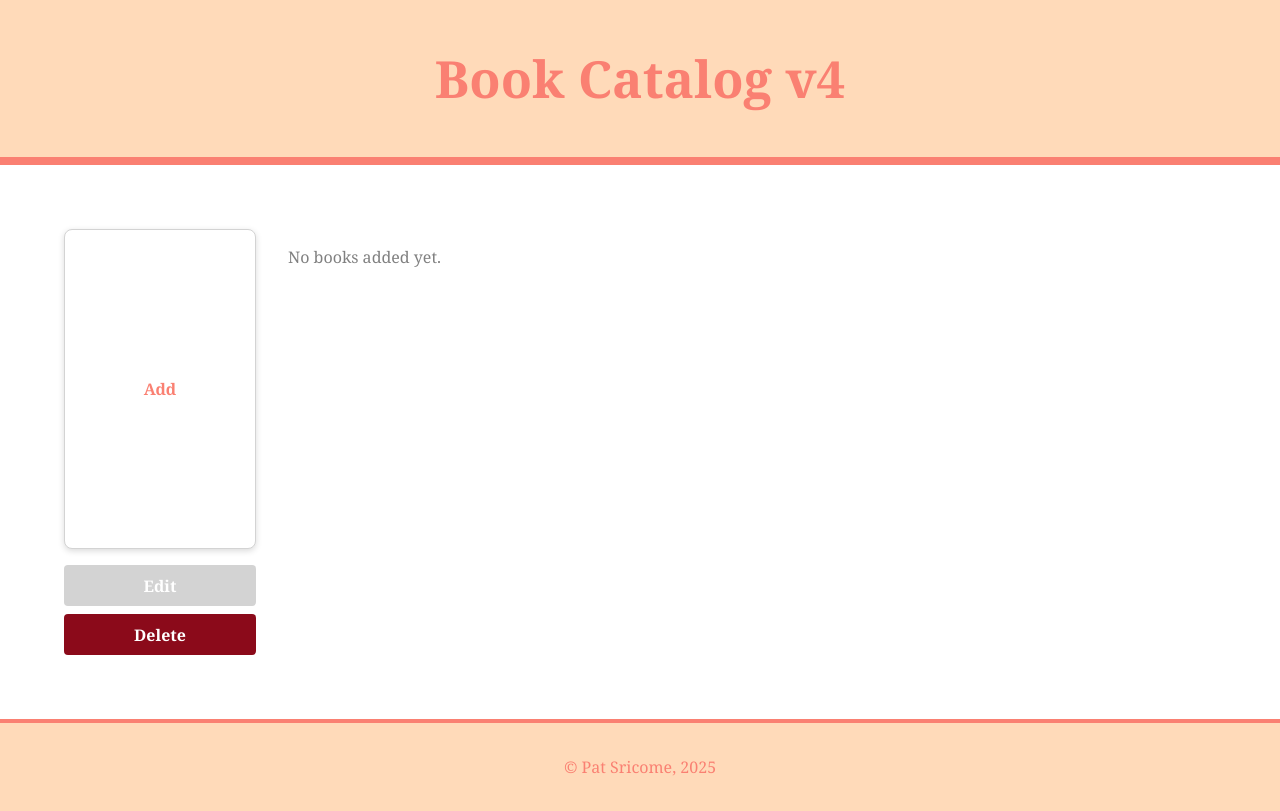
Repository: patcha-d3/book-catalog-v5
Page: /
The author's editor kept a copy of each file at every save. The page is drawn from the files as they stood at one save, then again after the next save.
The browser window is 1280 px wide. The pictures show the whole page.
The project was rebuilt for these pictures with package versions that can differ from the ones it lists, and the page was loaded fresh each time. Also part of the build but not shown: vite.config.js, src/book.jsx.

Above is the page before, as saved 2025-10-14 20:39:40.

### index.html
<!DOCTYPE html>
<html lang="en">
  <head>
    <meta charset="UTF-8" />
    <link rel="icon" type="image/svg+xml" href="/vite.svg" />
    <meta name="viewport" content="width=device-width, initial-scale=1.0" />
    <title>Pat's Rendering lists</title>
  </head>
  <body>
    <div id="root"></div>
    <script type="module" src="/src/main.jsx"></script>
  </body>
</html>

### src/App.jsx
// App.jsx
import { useState } from "react";
import "./App.css";
import Modal from "./components/Modal.jsx";
import AddBook from "./components/AddBook.jsx";
import Book from "./book.jsx";

function App() {
  // เริ่มต้นไม่มีหนังสือ
  const [books, setBooks] = useState([]);

  // toggle การเลือก (เลือกได้ทีละเล่ม)
  const toggleSelect = (isbn13) => {
    setBooks((prev) =>
      prev.map((book) =>
        book.isbn13 === isbn13
          ? { ...book, selected: !book.selected }
          : { ...book, selected: false }
      )
    );
  };

  // 🟢 เพิ่มหนังสือใหม่
  const handleAddBook = (newBook) => {
    const withDefaults = {
      ...newBook,
      isbn13: crypto.randomUUID(),
      selected: false,
      image: newBook.image || "https://via.placeholder.com/150x200?text=Book",
      price: newBook.price || "$0.00",
      url: newBook.url || "#",
    };
    setBooks((prev) => [...prev, withDefaults]);
  };

  // 🔴 ลบหนังสือที่เลือก
  const handleDeleteBook = () => {
    const selectedBook = books.find((b) => b.selected);
    if (!selectedBook) {
      alert("Please select a book to delete.");
      return;
    }
    setBooks((prev) => prev.filter((b) => b.isbn13 !== selectedBook.isbn13));
  };

  // 🟠 Update placeholder
  const handleUpdateBook = () => {
    const selectedBook = books.find((b) => b.selected);
    if (!selectedBook) {
      alert("Please select a book to update.");
      return;
    }
    alert("Update feature coming soon!");
  };

  return (
    <div className="app">
      <header className="app-header">
        <h1>Book Catalog v4</h1>
      </header>

      <main className="content">
        {/* --- ด้านซ้าย: Add / Update / Delete --- */}
        <div className="content-add">
          {/* ปุ่ม Add + modal */}
          <Modal btnLabel="Add" btnClassName="button-add">
            <AddBook onAdd={handleAddBook} />
          </Modal>

          {/* ปุ่ม Update / Delete */}
          <div className="action-buttons">
            <button className="button-update" onClick={handleUpdateBook}>
              Edit
            </button>
            <button className="button-delete" onClick={handleDeleteBook}>
              Delete
            </button>
          </div>
        </div>

        {/* --- ด้านขวา: แสดงหนังสือ --- */}
        <BookTile books={books} onSelect={toggleSelect} />
      </main>

      <footer className="footer">
        <p>© Pat Sricome, 2025</p>
      </footer>
    </div>
  );
}

// 🟣 Component แสดงหนังสือ
function BookTile({ books, onSelect }) {
  if (books.length === 0) {
    return (
      <div className="content-books">
        <p style={{ color: "gray" }}>No books added yet.</p>
      </div>
    );
  }

  return (
    <div className="content-books">
      {books.map((book) => (
        <Book
          key={book.isbn13}
          title={book.title}
          author={book.author}
          image={book.image}
          price={book.price}
          url={book.url}
          selected={book.selected}
          onSelect={() => onSelect(book.isbn13)}
        />
      ))}
    </div>
  );
}

export default App;

### src/App.css
* {
  font-family: Georgia, "Times New Roman", Times, serif;
}

*,
*::before,
*::after {
  box-sizing: border-box;
}

html {
  display: flex;
  flex-direction: column;
  margin: auto;
  background-color: white;
}

html,
body {
  margin: 0;
  padding: 0;
  background-color: white; /* พื้นหลังขาวล้วน */
}

.content > * {
  margin: 0;
}

.app {
  display: flex;
  flex-direction: column;
  min-height: 100vh; /* ให้ container สูงเต็มหน้าจอ */
  background-color: white;
}

.app-header {
  position: relative;
  top: 0;
  left: 0;
  z-index: 1000;
  width: 100vw;
  background-color: peachpuff;
  color: salmon;
  padding: 1em;
  border-bottom: 8px solid salmon;
  text-align: center;
}

.content {
  flex: 1;
  display: flex;
  flex-direction: row;
  gap: 2em;
  padding: 4em;
  background-color: white;
}

.content-add {
  flex: 0 0 auto;
}

.action-buttons {
  display: flex;
  flex-direction: column;
  gap: 0.5em;
  margin-top: 1em;
  width: 100%;
}

.button-add,
.card-book {
  display: flex;
  flex-direction: column;
  justify-content: center;
  align-items: center;
  min-width: 12em;
  height: 20em;
  border: 1px solid lightgrey;
  border-radius: 0.5em;
  background-color: #fff;
  transition: background-color 0.3s ease, color 0.3s ease;
}

.button-add {
  color: salmon;
  font-weight: bold;
}

.button-add h2 {
  font-size: 1.2em;
  font-weight: normal;
  color: grey;
}

.button-add:hover {
  background-color: salmon;
  color: white;
  border-color: salmon;
  font-weight: bold;
}

.button-add:hover h2 {
  color: white; /* make text readable on blue */
}

.content-books {
  display: flex;
  flex-wrap: wrap;
  justify-content: flex-start;
  gap: 2em;
  flex: 1;
}

.card-book div {
  margin: 0 auto;
}

.card-book {
  position: relative; /* ให้ปุ่ม x ยึดกับกรอบ card */
  display: flex;
  flex-direction: column;
  max-width: 12em;
  height: 20em;
  padding: 0.5em;
  border-radius: 0.5em;
  text-align: center;
  color: grey;
  background-color: white;
  overflow: hidden;
}

.card-book-image {
  flex: 0 0 auto;
  display: grid;
  place-items: center;
  max-width: 100%;
  max-height: 100%;
  margin: 0 auto;
}

.card-book-image img {
  width: 100%;
  height: 100%;
  object-fit: contain;
}

.card-book-body {
  display: flex;
  flex-direction: column;
  flex: 1; /* stretch body to take all available space */
}

.card-book-price {
  font-weight: bold;
  margin: 0.5em 0;
  color: #333;
}

.link-button {
  margin-top: auto; /* push button to bottom */
  width: 100%;
  background-color: salmon;
  color: white;
  padding: 0.5em 2.4em;
  text-align: center;
  text-decoration: none;
  font-weight: bold;
  border-radius: 8px;
  transition: background-color 0.3s ease, color 0.3s ease;
}

.link-button::hover {
  background-color: white;
  color: salmon;
}

@media (max-width: 480px) {
  .button-add,
  .card-book {
    max-width: 100%;
  }
}

.footer {
  bottom: 0;
  text-align: center;
  width: 100vw;
  background-color: peachpuff;
  color: salmon;
  padding: 1em;
  border-top: 4px solid salmon;
  margin-top: auto;
}

.card-book,
.button-add {
  box-shadow: 0 2px 6px rgba(0, 0, 0, 0.15);
  transition: box-shadow 0.3s ease, transform 0.3s ease;
}

.card-book:hover,
.button-add:hover {
  box-shadow: 0 4px 12px rgba(0, 0, 0, 0.35);
  transform: translateY(-5px);
}

.book-card span {
  display: inline-block;
  margin-left: 8px;
  font-weight: bold;
  cursor: pointer;
  color: red;
}

.btn-remove {
  font-family: Arial, Helvetica, sans-serif;
  position: absolute;
  top: 0;
  right: 0;
  display: inline-block;
  padding: 0 0.5em;
  background: #eee;
  cursor: pointer;
}

.btn-remove:hover {
  background: #db4141;
  color: white;
}

.form-container {
  padding: 0 3em;

  > form {
    padding: 2em;

    button {
      margin-left: 10em;
    }
  }
  .form-control {
    label {
      display: inline-block;
      width: 10em;
    }
    margin: 1em 0;
  }
}

dialog {
  background-color: white;
  color: #333;
}

dialog form {
  background-color: white;
  color: #333;
}

.card-book.selected {
  border: 3px solid salmon;
  transform: scale(1.02);
}

.book-title {
  font-size: 1rem;
  font-weight: bold;
  color: #333;
  margin: 0.5em 0 0 0;
}

.book-author {
  font-size: 0.9rem;
  color: #666;
  margin: 0.25em 0;
}

.button-update,
.button-delete {
  width: 100%;
  padding: 0.6em 0;
  font-weight: bold;
  border: none;
  color: white;
  cursor: pointer;
  border-radius: 4px;
}

.button-update {
  background-color: #d3d3d3;
}

.button-delete {
  background-color: #8b0a1a;
}

### src/components/Modal.jsx
import { useRef } from "react";

function Modal({ btnLabel, children, btnClassName }) {
  const modalRef = useRef();

  const openModal = () => modalRef.current.showModal();
  const closeModal = () => modalRef.current.close();

  return (
    <>
      <button onClick={openModal} className={btnClassName}>
        {btnLabel}
      </button>

      {/* ✅ ไม่มี <form> ครอบอีกแล้ว */}
      <dialog ref={modalRef}>
        <button
          onClick={closeModal}
          style={{
            position: "absolute",
            top: "10px",
            right: "10px",
            background: "transparent",
            border: "none",
            fontSize: "1.2rem",
            cursor: "pointer",
          }}
        >
          ✕
        </button>

        {/* ✅ render children ตรง ๆ (ซึ่งคือ <AddBook>) */}
        {children}
      </dialog>
    </>
  );
}

export default Modal;

### src/components/AddBook.jsx
import { useState } from "react";

function AddBook({ onAdd }) {
  const [formData, setFormData] = useState({
    title: "",
    author: "",
    publisher: "",
    year: "",
    language: "",
    pages: "",
    url: "",
  });

  const handleChange = (e) => {
    const { name, value } = e.target;
    setFormData((prev) => ({
      ...prev,
      [name]: value,
    }));
  };

  const handleSubmit = (e) => {
    e.preventDefault();

    if (!formData.title || !formData.author) {
      alert("Please enter at least a title and author.");
      return;
    }

    // ✅ ส่งข้อมูลกลับไป App.jsx
    onAdd(formData);

    // ✅ รีเซ็ตค่า
    setFormData({
      title: "",
      author: "",
      publisher: "",
      year: "",
      language: "",
      pages: "",
      url: "",
    });

    // ✅ ปิด dialog
    const dialog = document.querySelector("dialog");
    if (dialog) dialog.close();
  };

  return (
    <div className="form-container">
      <h2>Add New Book</h2>
      <form onSubmit={handleSubmit} className="modal-form">
        <div className="form-row">
          <label>Title</label>
          <input
            name="title"
            value={formData.title}
            onChange={handleChange}
            placeholder="Book title"
          />
        </div>

        <div className="form-row">
          <label>Author</label>
          <input
            name="author"
            value={formData.author}
            onChange={handleChange}
            placeholder="Author name"
          />
        </div>

        <div className="form-row">
          <label>Publisher</label>
          <input
            name="publisher"
            value={formData.publisher}
            onChange={handleChange}
            placeholder="Publisher"
          />
        </div>

        <div className="form-row">
          <label>Publication Year</label>
          <input
            name="year"
            type="number"
            value={formData.year}
            onChange={handleChange}
            placeholder="Publication Year"
          />
        </div>

        <div className="form-row">
          <label>Language</label>
          <input
            name="language"
            value={formData.language}
            onChange={handleChange}
            placeholder="Language"
          />
        </div>

        <div className="form-row">
          <label>Pages</label>
          <input
            name="pages"
            type="number"
            value={formData.pages}
            onChange={handleChange}
            placeholder="Pages"
          />
        </div>

        <div className="form-row">
          <label>Url Link (cover image)</label>
          <input
            name="url"
            value={formData.url}
            onChange={handleChange}
            placeholder="e.g. https://example.com"
          />
        </div>

        <div className="modal-buttons">
          <button type="submit" className="btn primary">
            Save
          </button>
          <button
            type="button"
            onClick={() => {
              const dialog = document.querySelector("dialog");
              if (dialog) dialog.close();
            }}
          >
            Cancel
          </button>
        </div>
      </form>
    </div>
  );
}

export default AddBook;

Loaded but not shown: src/main.jsx (common file); src/index.css (common file)

After the next save:
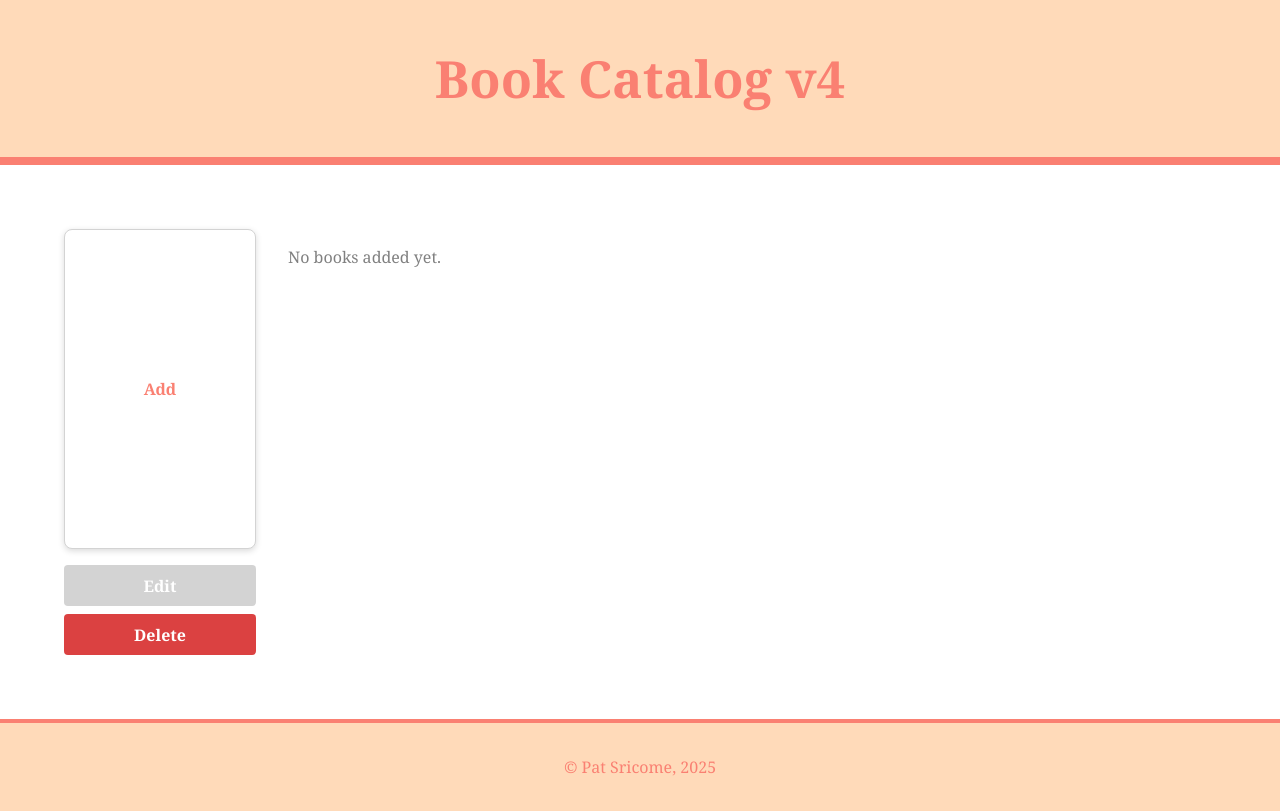
Saved 19 s later.
--- a/src/App.css
+++ b/src/App.css
@@ -291,5 +291,5 @@ dialog form {
 }
 
 .button-delete {
-  background-color: #8b0a1a;
-}
+  background-color: #db4141;
+}
